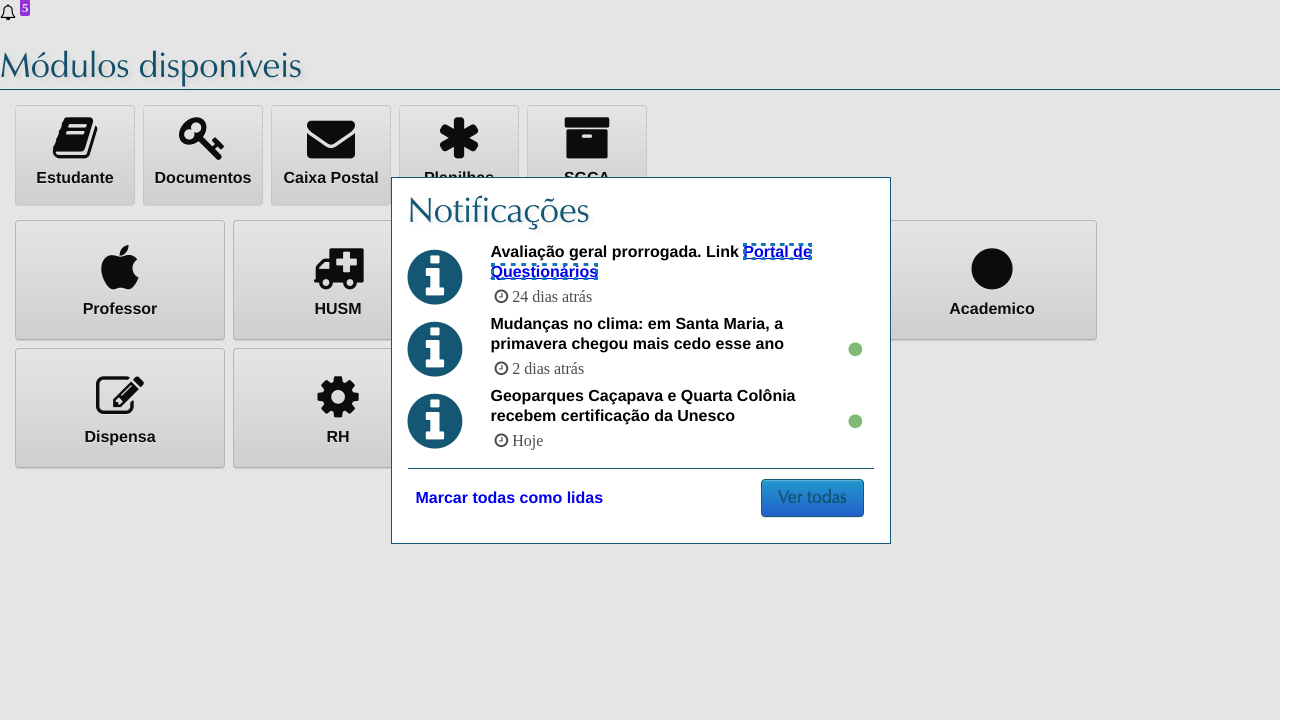
Repository: evertonagilar/study
Page: css/css-notificacao-dialog/index.html
These files come from the project's save history. The page is drawn as it stood at one moment and after the next save; the edit follows.
The browser window is 1280 px wide. The page is 1295 px wide, so the pictures cover 1295 px, including what lies to the right of the window. The pictures show the whole page.
After loading, the first visible `span.dashboard-notificacoes-button` was clicked once.

Above is the page before, as saved 2023-09-11 22:16:32.

### css/css-notificacao-dialog/index.html
<!DOCTYPE html>
<html lang="en">

<head>
    <meta charset="UTF-8">
    <meta name="viewport" content="width=device-width, initial-scale=1.0">
    <title>Aula CSS GRID</title>
    <link rel="stylesheet" href="css/cpd.css">
    <link rel="stylesheet" href="css/style.css">
</head>

<body>
    <span class="dashboard-notificacoes-button icon-bell">
        <sup>5</sup>
    </span>

    <dialog class="dashboard-notificacoes">
        <h2 class="h2 primary text-shadowed margin-bottom">
            Notificações
        </h2>
        <div class="notificacao-list">
            <div class="notificacao" data-id="1">
                <span class="notificacao-icon-type icon-info-sign"></span>
                <div class="notificacao-message">
                    <span class="notificacao-message-text">Avaliação geral prorrogada. Link <a href="#">Portal de
                            Questionários</a></span>
                    <span class="notificacao-message-date icon-time"> 24 dias atrás</span>
                </div>
                <span class="notificao-lida-mark"></span>
            </div>
            <div class="notificacao" data-id="1">
                <span class="notificacao-icon-type icon-info-sign"></span>
                <div class="notificacao-message">
                    <span class="notificacao-message-text">Mudanças no clima: em Santa Maria, a primavera chegou mais
                        cedo esse ano</span>
                    <span class="notificacao-message-date icon-time"> 2 dias atrás</span>
                </div>
                <span class="notificao-lida-mark icon-circle"></span>
            </div>
            <div class="notificacao" data-id="1">
                <span class="notificacao-icon-type icon-info-sign"></span>
                <div class="notificacao-message">
                    <span class="notificacao-message-text">Geoparques Caçapava e Quarta Colônia recebem certificação da Unesco</span>
                    <span class="notificacao-message-date icon-time"> Hoje</span>
                </div>
                <span class="notificao-lida-mark icon-circle"></span>
            </div>
        </div>
        <div class="notificacao-buttons">
            <a class="notificacao-marcar-todas" href="#">Marcar todas como lidas</a>
            <span class="btn primary notificacao-ver-todas">Ver todas</span>
        </div>
    </dialog>

    <h2 class="h2 primary stroked-bottom text-shadowed margin-bottom">
        Módulos disponíveis
    </h2>


    <div class="dashboard-container-favorito">
        <div class="portal">
            <span class="portal-icon icon-book"></span>
            <h3 class="portal-label">Estudante</h3>
        </div>
        <div class="portal">
            <span class="portal-icon icon-key"></span>
            <h3 class="portal-label">Documentos</h3>
        </div>
        <div class="portal">
            <span class="portal-icon icon-envelope"></span>
            <h3 class="portal-label">Caixa Postal</h3>
        </div>
        <div class="portal">
            <span class="portal-icon icon-asterisk"></span>
            <h3 class="portal-label">Planilhas</h3>
        </div>
        <div class="portal">
            <span class="portal-icon icon-archive"></span>
            <h3 class="portal-label">SGCA</h3>
        </div>

    </div>

    <div class="dashboard-container">
        <div class="portal">
            <span class="portal-mini-button fa fa-chain"></span>
            <span class="portal-icon icon-apple"></span>
            <h3 class="portal-label">Professor</h3>
        </div>

        <div class="portal">
            <span class="portal-icon icon-ambulance"></span>
            <h3 class="portal-label">HUSM</h3>
        </div>

        <div class="portal">
            <span class="portal-icon icon-user"></span>
            <h3 class="portal-label">Usuario</h3>
        </div>

        <div class="portal">
            <span class="portal-icon icon-calendar"></span>
            <h3 class="portal-label">Agendamento</h3>
        </div>

        <div class="portal">
            <span class="portal-icon icon-circle"></span>
            <h3 class="portal-label">Academico</h3>
        </div>

        <div class="portal">
            <span class="portal-icon icon-edit"></span>
            <h3 class="portal-label">Dispensa</h3>
        </div>

        <div class="portal">
            <span class="portal-icon icon-cog"></span>
            <h3 class="portal-label">RH</h3>
        </div>

        <div class="portal">
            <span class="portal-icon icon-code-fork"></span>
            <h3 class="portal-label">Projetos</h3>
        </div>

        <div class="portal">
            <span class="portal-icon icon-file-alt"></span>
            <h3 class="portal-label">Biblioteca</h3>
        </div>

    </div>
</body>


<script>

    document.addEventListener("DOMContentLoaded", function () {

        /* Cards */
        const botao = document.querySelectorAll('.portal');
        botao.forEach(btn => {
            const miniButton = btn.querySelector('.portal-mini-button');

            btn.addEventListener('click', () => {
                alert('botao clicked');
            });

            btn.addEventListener('mouseenter', () => {
                if (miniButton) {
                    miniButton.style.visibility = 'visible';
                }
            });

            btn.addEventListener('mouseleave', () => {
                if (miniButton) {
                    miniButton.style.visibility = 'hidden';
                }
            });

        });

        /* Mini Button */
        const miniButtons = document.querySelectorAll('.portal-mini-button');
        miniButtons.forEach(btn => {
            const parentButton = btn.closest('.portal');

            btn.addEventListener("click", (event) => {
                event.stopPropagation();
                alert('mini-button clicked');
            });

            btn.addEventListener("mouseenter", (event) => {
                // alert('mouse enter');
                // parentButton.style.pointerEvents = 'none';

            });

            btn.addEventListener("mouseleave", (event) => {
                // alert('mouse leave');
                // parentButton.style.pointerEvents = 'auto';
            })

        });


        /* Notifications */
        document.querySelector('.dashboard-notificacoes-button').addEventListener("click", (event) => {
            const dialog = document.querySelector('.dashboard-notificacoes');
            dialog.showModal();
        });

        document.querySelector('.dashboard-notificacoes-button').addEventListener("mouseenter", (event) => {
            const dialog = document.querySelector('.dashboard-notificacoes');
            dialog.show();
        });

        document.querySelector('.dashboard-notificacoes-button').addEventListener("mouseleave", (event) => {
            const dialog = document.querySelector('.dashboard-notificacoes');
            dialog.close();
        });


    });



</script>



</html>

### css/css-notificacao-dialog/css/style.css

.dashboard-container {
    width: 100%;
    height: 100%;
    display: flex;
    flex-direction: row;
    flex-wrap: wrap;
    gap: 8px;
    align-items: stretch; /* Centraliza verticalmente */
    justify-content: stretch;
    margin: 15px;
    @media screen and (max-width:34.999999em){
        width: 94%;
    }
}

.dashboard-container-favorito {
    width: 100%;
    height: 100%;
    display: flex;
    flex-direction: row;
    flex-wrap: nowrap;
    gap: 8px;
    align-items: stretch; /* Centraliza verticalmente */
    justify-content: stretch;
    margin: 15px;
}

.portal {
    position: relative;
    cursor: pointer;
    text-align: center;
    --border-radius:.25rem;
    --border-radius-top-left:.25rem;
    --border-radius-top-right:.25rem;
    --border-radius-bottom-right:.25rem;
    --border-radius-bottom-left:.25rem;
    --border-radius-top:.25rem;
    --border-radius-left:.25rem;
    --border-radius-right:.25rem;
    --border-radius-bottom:.25rem;
    border-radius:.25rem;
    border:.065rem solid #ccc;
    border-bottom:.065rem solid #c5c5c5;
    border-right:.065rem solid #cacaca;
    color:#0d0d0d;
    text-shadow:0 .065em 0 #fff;
    box-shadow:0 .065em 0 rgba(0,0,0,0.1),0 .065em .065em 0 rgba(255,255,255,0.3) inset;
    background-image:linear-gradient(to bottom, #fff, #e6e6e6);
    padding: 24px;
    width: 210px;
    height: 120px;
    @media screen and (max-width:34.999999em){
        width: 100%;
    }
}


.portal:hover {
    background:#e6e6e6;
    transition: all .35s ease-in-out;
    box-shadow: 0 .065rem 0 rgba(0,0,0,0.15);
}

.portal:active {
    background:none;
    box-shadow:0 .065em 0 rgba(0,0,0,0.1),.08em .125em .25em rgba(0,0,0,0.3) inset;
    background-color:#f3f3f3;
    transition:none
}

.portal:focus {
    box-shadow:0 0 .5em .25em rgba(205,205,205,0.85)
}

.portal-icon {
    font-size: 3em;
}

.portal-label {
    font-weight: bold;
    margin-top: 6px;
}

.dashboard-container-favorito .portal {
    padding: 8px;
    height: 100px;
    width: 120px;
    @media screen and (max-width:798px) {
        width: auto;
    }
    border-style: dotted;
}

.portal-mini-button {
    position: absolute;
    top: 0;
    right: 0;
    border: none;
    padding: 6px;
    z-index: 100;
    visibility: hidden;
}

.portal-mini-button:hover {
    background-color:#f3f3f3;
    border-radius:.25rem;
    border:.065rem solid #ccc;
    border-bottom:.065rem solid #c5c5c5;
    border-right:.065rem solid #cacaca;
    color:#0d0d0d;
    color: brown;
 }

 .portal-mini-button:active {
    background:none;
    box-shadow:0 .065em 0 rgba(0,0,0,0.1),.08em .125em .25em rgba(0,0,0,0.3) inset;
    background-color:#f3f3f3;
    transition:none
}

.portal-mini-button:focus {
    box-shadow:0 0 .5em .25em rgba(205,205,205,0.85)
}

/* Notificações */

.dashboard-notificacoes-button {
    position: relative;
    cursor: pointer;
}


.dashboard-notificacoes {
    position: absolute;
    left: 1px;
    top: 1px;
    width: 500px;
    transition: all .2s ease;
    z-index: 200;
    border: 1px solid #135775;


}

.dashboard-notificacoes-button sup {
    color: #fff;
    background-color: #a435f0;
    padding: 2px;
    font-weight: bold;
    border-radius: 2px;
    font-size: .8em !important;
}

.notificacao-list {
    display: flex;
    flex-direction: column;
    gap: 2px;
}

.notificacao {
    display: flex;
    flex-direction: row;
    justify-content: flex-start;
    align-items: center;
    gap: 8px;
    flex-wrap: wrap;

}

.notificacao-message {
    display: flex;
    flex-direction: column;
    align-items: flex-start;
    font-weight: bold;
}

.notificacao-icon-type {
    font-size: 64px;
    width: 75px;
    color: #135775;
}

.notificacao-message-text {
    font-weight: 900;
    width: 350px;
}

.notificacao-message-date {
    font-weight: 300;
    padding: 6px 4px;
    color: #4c4c4c;
}

.notificao-lida-mark {
    color: hsla(109, 90%, 27%, 0.565);
}

.notificacao-buttons {
    display: flex;
    justify-content: space-between;
    align-items: center;
    border-top: .065rem solid #135775;
    margin-top: 12px;
    padding: 8px;
}

.notificacao-marcar-todas {
    font-weight: bold;
    text-decoration: none;
}

Loaded but not shown: css/css-notificacao-dialog/css/cpd.css (library)

After the next save:
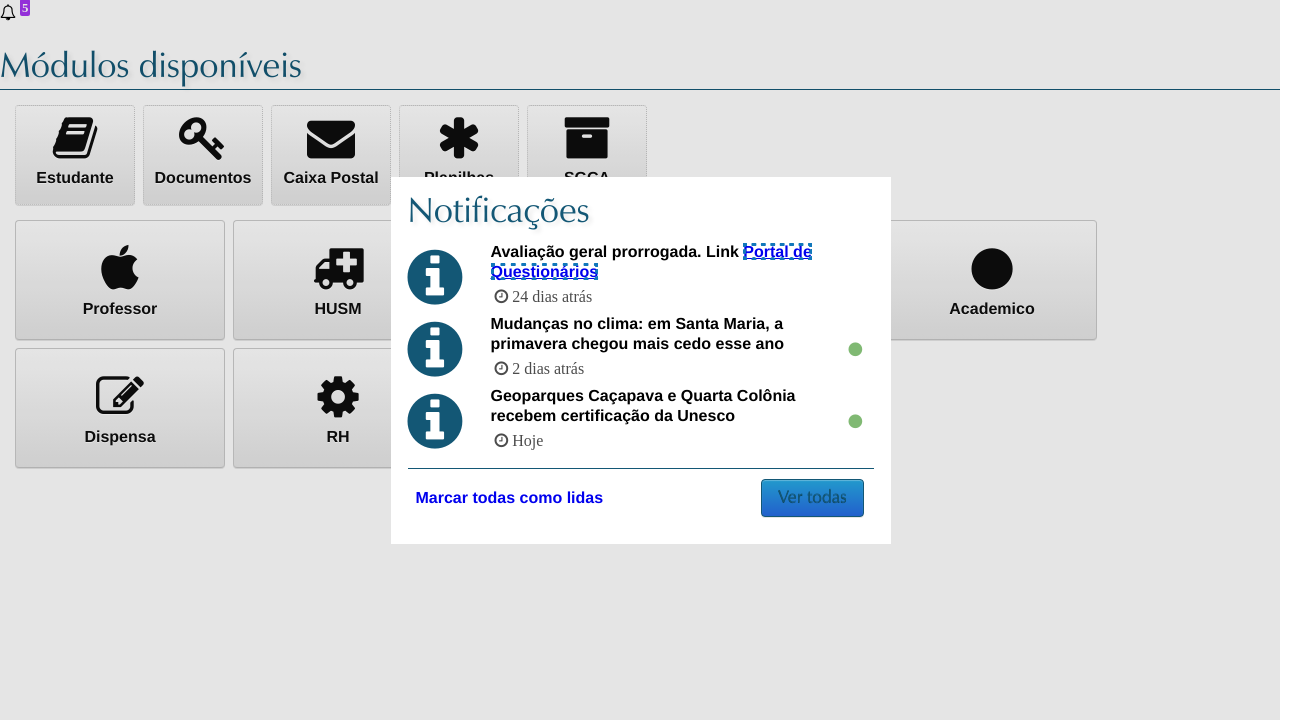
Saved 11 s later.
--- a/css/css-notificacao-dialog/css/style.css
+++ b/css/css-notificacao-dialog/css/style.css
@@ -138,7 +138,7 @@
     width: 500px;
     transition: all .2s ease;
     z-index: 200;
-    border: 1px solid #135775;
+    border: 1px solid #fff;
 
 
 }
